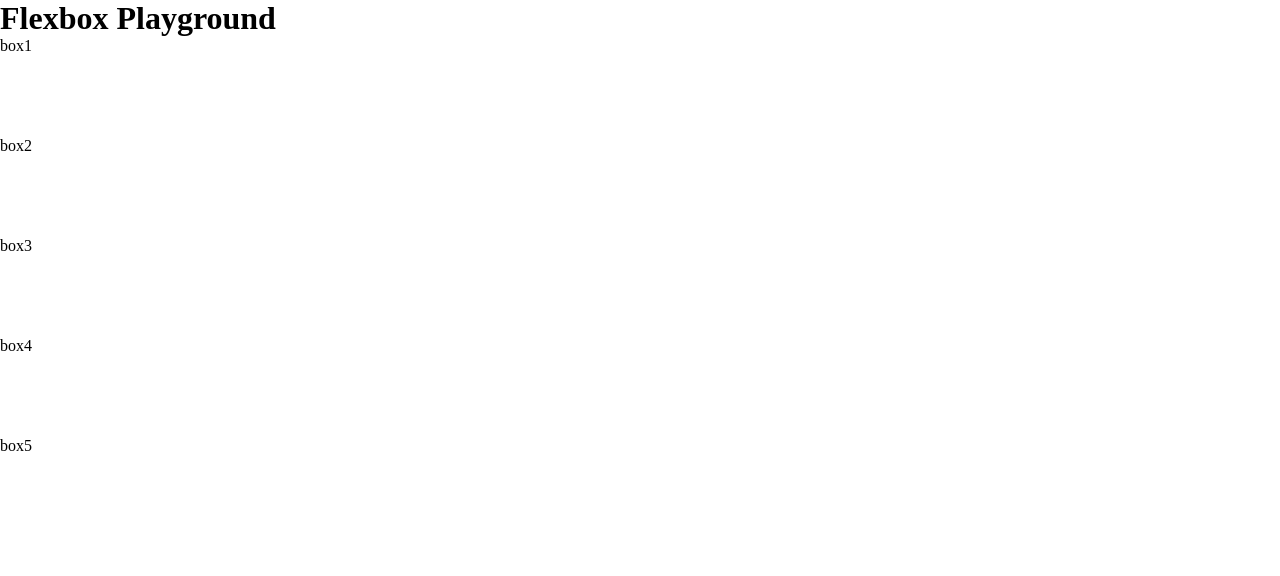
Repository: rakeshkolpepatil/CSS_Apana_College
Page: index.html
These files come from the project's save history. The page is drawn as it stood at one moment and after the next save; the edit follows.
The browser window is 1280 px wide. The pictures show the whole page.

Above is the page before, as saved 2023-06-24 20:39:58.

After the next save:
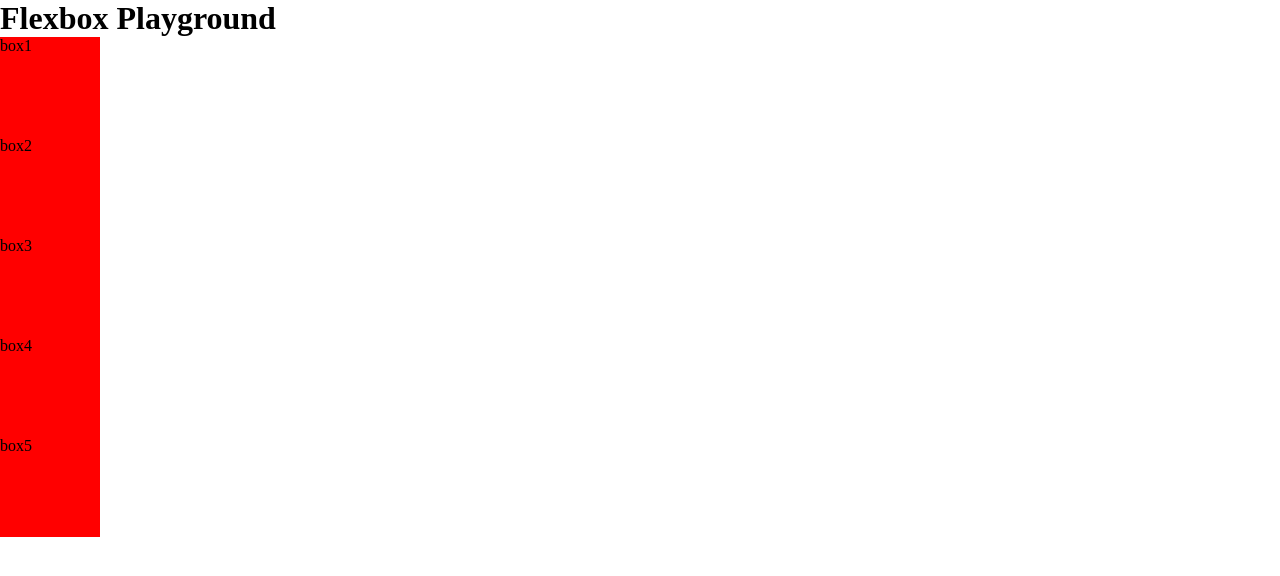
Saved 28 s later.
--- a/styleSeven.css
+++ b/styleSeven.css
@@ -6,3 +6,6 @@
   width: 100px;
   height: 100px;
 }
+.box{
+  background-color: red;
+}

After the save that followed:
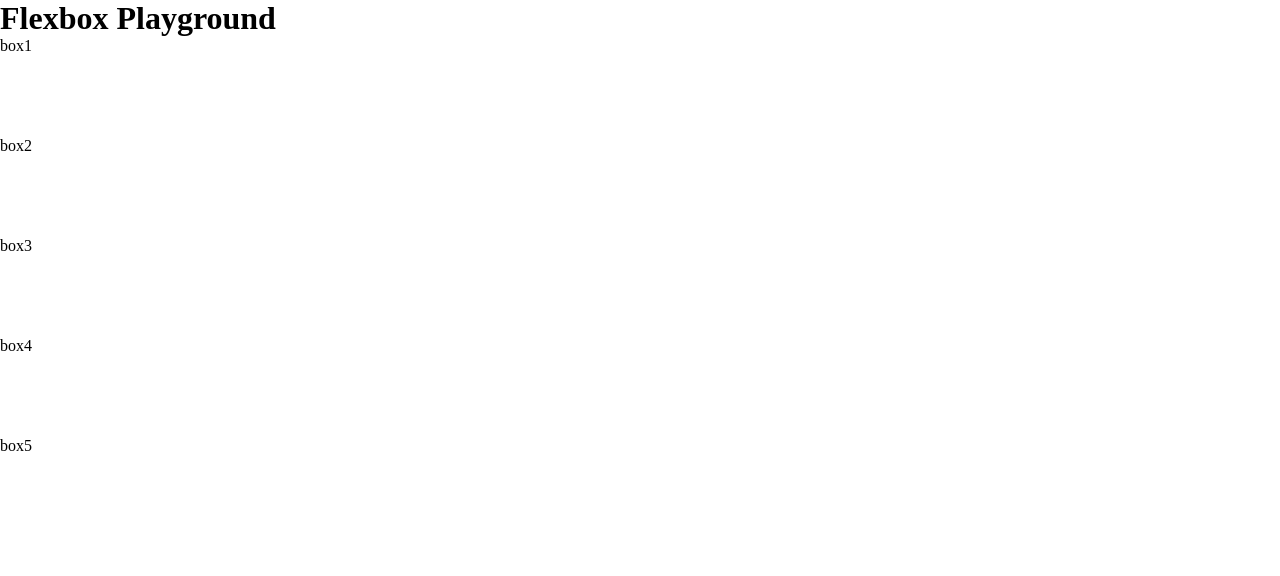
Saved 28 s later.
--- a/styleSeven.css
+++ b/styleSeven.css
@@ -6,6 +6,12 @@
   width: 100px;
   height: 100px;
 }
-.box{
+.box1{
   background-color: red;
 }
+.box2{
+  background-color: yellow;
+}
+.box3{
+  background-color: green;
+}
